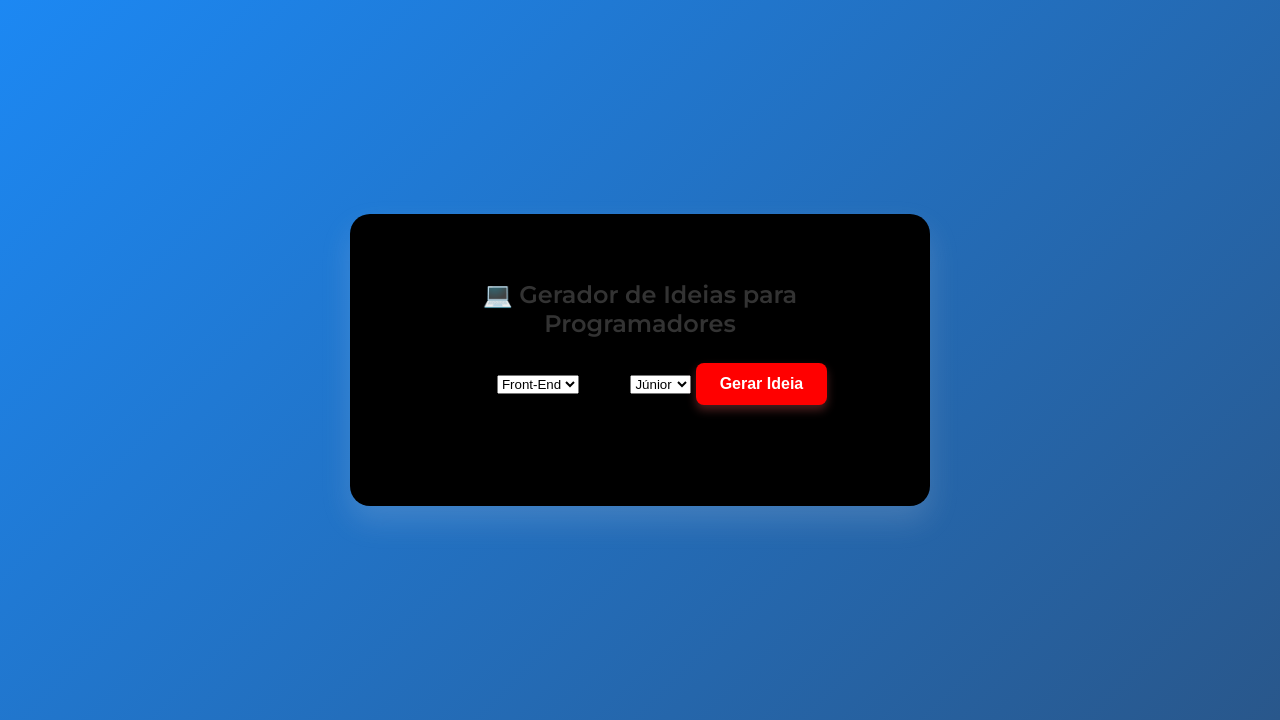
Repository: Wbyh7z/gerador-de-projeto
Page: index.html
These files come from the project's save history. The page is drawn as it stood at one moment and after the next save; the edit follows.
The browser window is 1280 px wide. The pictures show the whole page.

Above is the page before, as saved 2025-08-08 15:35:17.

### index.html
<!DOCTYPE html>
<html lang="pt-BR">
<head>
  <meta charset="UTF-8">
  <title>Gerador de Ideias para Devs</title>
  <link rel="stylesheet" href="style.css">
</head>
<body>
  <div class="container">
    <h1>💻 Gerador de Ideias para Programadores</h1>

    <label for="area">Área:</label>
    <select id="area">
      <option value="frontend">Front-End</option>
      <option value="backend">Back-End</option>
      <option value="fullstack">Full Stack</option>
    </select>

    <label for="nivel">Nível:</label>
    <select id="nivel">
      <option value="junior">Júnior</option>
      <option value="pleno">Pleno</option>
      <option value="senior">Sênior</option>
    </select>

    <button onclick="gerarIdeia()">Gerar Ideia</button>
    <p id="ideia">Escolha uma área e um nível para começar!</p>
  </div>

  <script src="script.js"></script>
</body>
</html>

### style.css
@import url('https://fonts.googleapis.com/css2?family=Montserrat:wght@400;600&display=swap');

body {
  font-family: 'Montserrat', sans-serif;
  background: linear-gradient(135deg, #1c88f3, #29578b);
  display: flex;
  justify-content: center;
  align-items: center;
  height: 100vh;
  margin: 0;
}

.container {
  background-color: #000000;
  padding: 50px 40px;
  border-radius: 20px;
  box-shadow: 0 15px 30px rgba(240, 236, 236, 0.15);
  text-align: center;
  max-width: 500px;
  width: 90%;
  transition: all 0.3s ease;
}

h1 {
  font-size: 24px;
  color: #333;
  margin-bottom: 25px;
}

#desculpa {
  font-size: 18px;
  color: #555;
  margin-bottom: 30px;
  line-height: 1.5;
}

button {
  padding: 12px 24px;
  font-size: 16px;
  background-color: #ff0000;
  color: white;
  border: none;
  border-radius: 8px;
  cursor: pointer;
  font-weight: 600;
  box-shadow: 0 5px 10px rgba(255, 107, 107, 0.3);
  transition: background-color 0.3s ease, transform 0.2s ease;
}

button:hover {
  background-color: #ff4c4c;
  transform: scale(1.05);
}

### script.js
const ideias = {
  frontend: {
    junior: [
      "Página de portfólio com HTML/CSS/JS",
      "Landing page responsiva com animações",
      "Clone de uma página famosa (Netflix, Spotify)"
    ],
    pleno: [
      "Dashboard com gráficos usando Chart.js",
      "App com React e consumo de API pública",
      "Sistema de temas claro/escuro com localStorage"
    ],
    senior: [
      "SPA com React + Redux + autenticação OAuth",
      "Editor de texto online com funcionalidades avançadas",
      "Aplicativo PWA com cache offline e notificações push"
    ]
  },
  backend: {
    junior: [
      "API REST simples com Node.js e Express",
      "Sistema de cadastro com SQLite",
      "Gerador de senhas seguras via terminal"
    ],
    pleno: [
      "Autenticação com JWT e MongoDB",
      "Sistema de agendamento com Express e PostgreSQL",
      "API com testes automatizados usando Jest"
    ],
    senior: [
      "Microserviços com Docker, Kafka e PostgreSQL",
      "Sistema de filas com RabbitMQ",
      "Serviço de envio de e-mails com logs e monitoramento"
    ]
  },
  fullstack: {
    junior: [
      "To-do list com React no front e Express no back",
      "Blog com painel admin simples",
      "Sistema de login com validação básica"
    ],
    pleno: [
      "E-commerce com carrinho, login e banco de dados",
      "Plataforma de receitas com upload de imagens",
      "Sistema de comentários com moderação"
    ],
    senior: [
      "Plataforma de cursos com vídeos, pagamentos e painel admin",
      "Sistema de chat em tempo real com WebSocket",
      "Aplicativo completo com CI/CD e testes automatizados"
    ]
  }
};

function gerarIdeia() {
  const area = document.getElementById("area").value;
  const nivel = document.getElementById("nivel").value;

  const lista = ideias[area][nivel];
  const ideia = lista[Math.floor(Math.random() * lista.length)];

  document.getElementById("ideia").textContent = `💡 ${ideia}`;
}

After the next save:
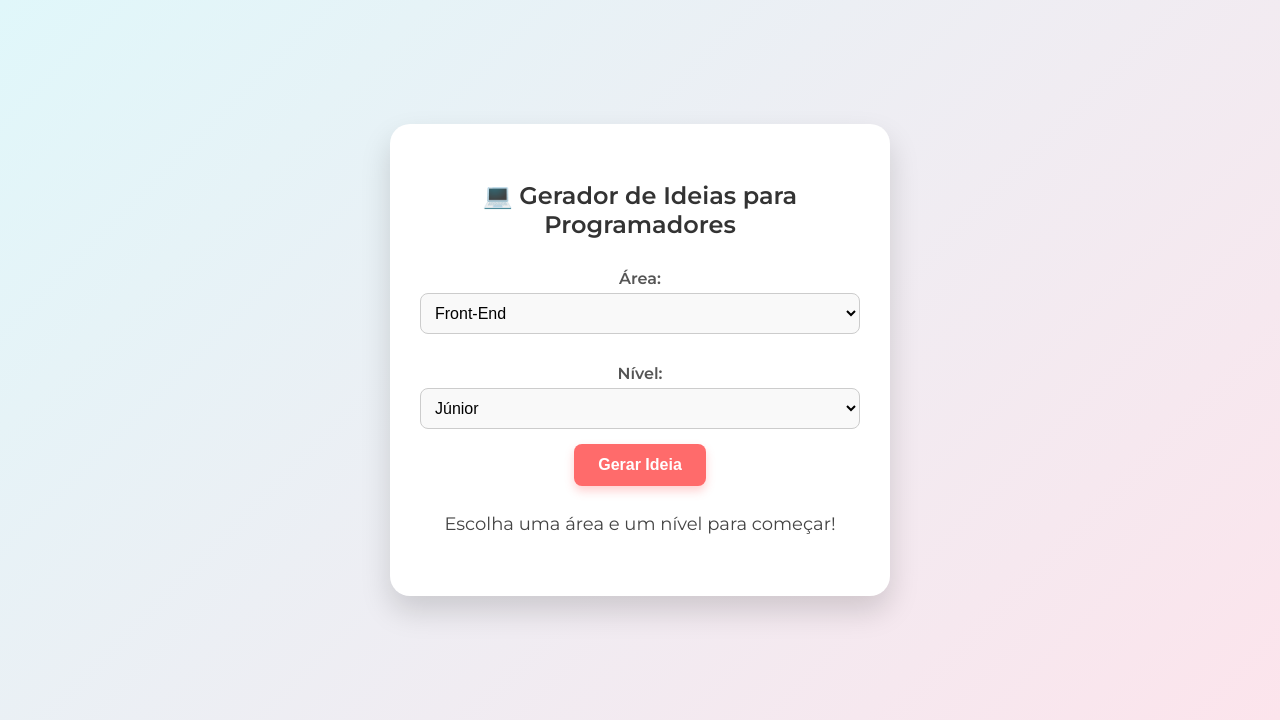
Saved 15 s later.
--- a/style.css
+++ b/style.css
@@ -1,8 +1,12 @@
 @import url('https://fonts.googleapis.com/css2?family=Montserrat:wght@400;600&display=swap');
+
+* {
+  box-sizing: border-box;
+}
 
 body {
   font-family: 'Montserrat', sans-serif;
-  background: linear-gradient(135deg, #1c88f3, #29578b);
+  background: linear-gradient(135deg, #e0f7fa, #fce4ec);
   display: flex;
   justify-content: center;
   align-items: center;
@@ -11,10 +15,10 @@ body {
 }
 
 .container {
-  background-color: #000000;
-  padding: 50px 40px;
+  background-color: #ffffff;
+  padding: 40px 30px;
   border-radius: 20px;
-  box-shadow: 0 15px 30px rgba(240, 236, 236, 0.15);
+  box-shadow: 0 15px 30px rgba(0, 0, 0, 0.15);
   text-align: center;
   max-width: 500px;
   width: 90%;
@@ -24,20 +28,36 @@ body {
 h1 {
   font-size: 24px;
   color: #333;
-  margin-bottom: 25px;
+  margin-bottom: 30px;
 }
 
-#desculpa {
-  font-size: 18px;
+label {
+  display: block;
+  margin: 15px 0 5px;
+  font-weight: 600;
   color: #555;
-  margin-bottom: 30px;
-  line-height: 1.5;
+}
+
+select {
+  width: 100%;
+  padding: 10px;
+  font-size: 16px;
+  border-radius: 8px;
+  border: 1px solid #ccc;
+  margin-bottom: 15px;
+  background-color: #f9f9f9;
+  transition: border-color 0.3s ease;
+}
+
+select:focus {
+  border-color: #ff6b6b;
+  outline: none;
 }
 
 button {
   padding: 12px 24px;
   font-size: 16px;
-  background-color: #ff0000;
+  background-color: #ff6b6b;
   color: white;
   border: none;
   border-radius: 8px;
@@ -51,3 +71,10 @@ button:hover {
   background-color: #ff4c4c;
   transform: scale(1.05);
 }
+
+#ideia {
+  margin-top: 25px;
+  font-size: 18px;
+  color: #444;
+  line-height: 1.5;
+}
